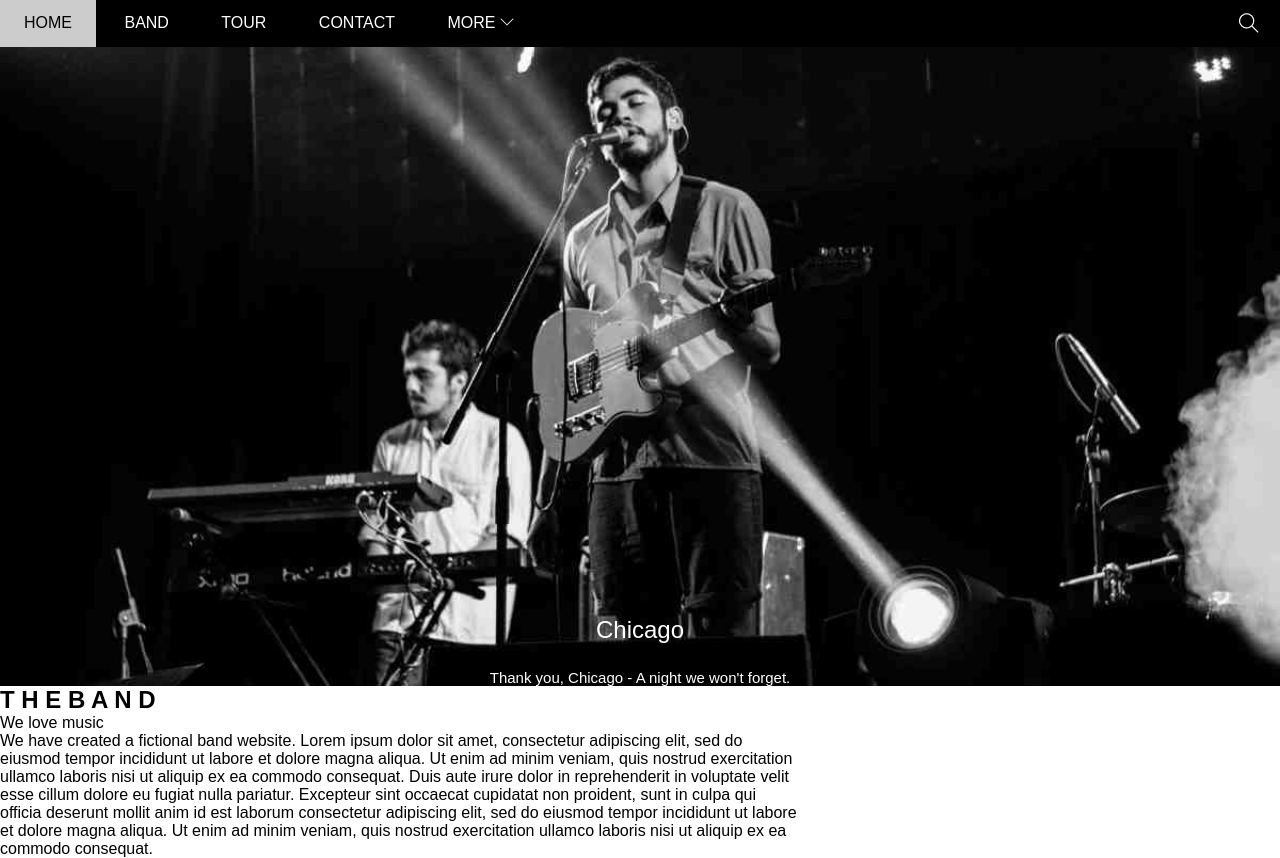
Repository: Thanhtrunghoang123/the-band
Page: index.html
The author's editor kept a copy of each file at every save. The page is drawn from the files as they stood at one save, then again after the next save.
The browser window is 1280 px wide. The pictures show the whole page.

Above is the page before, as saved 2022-07-20 21:58:49.

After the next save:
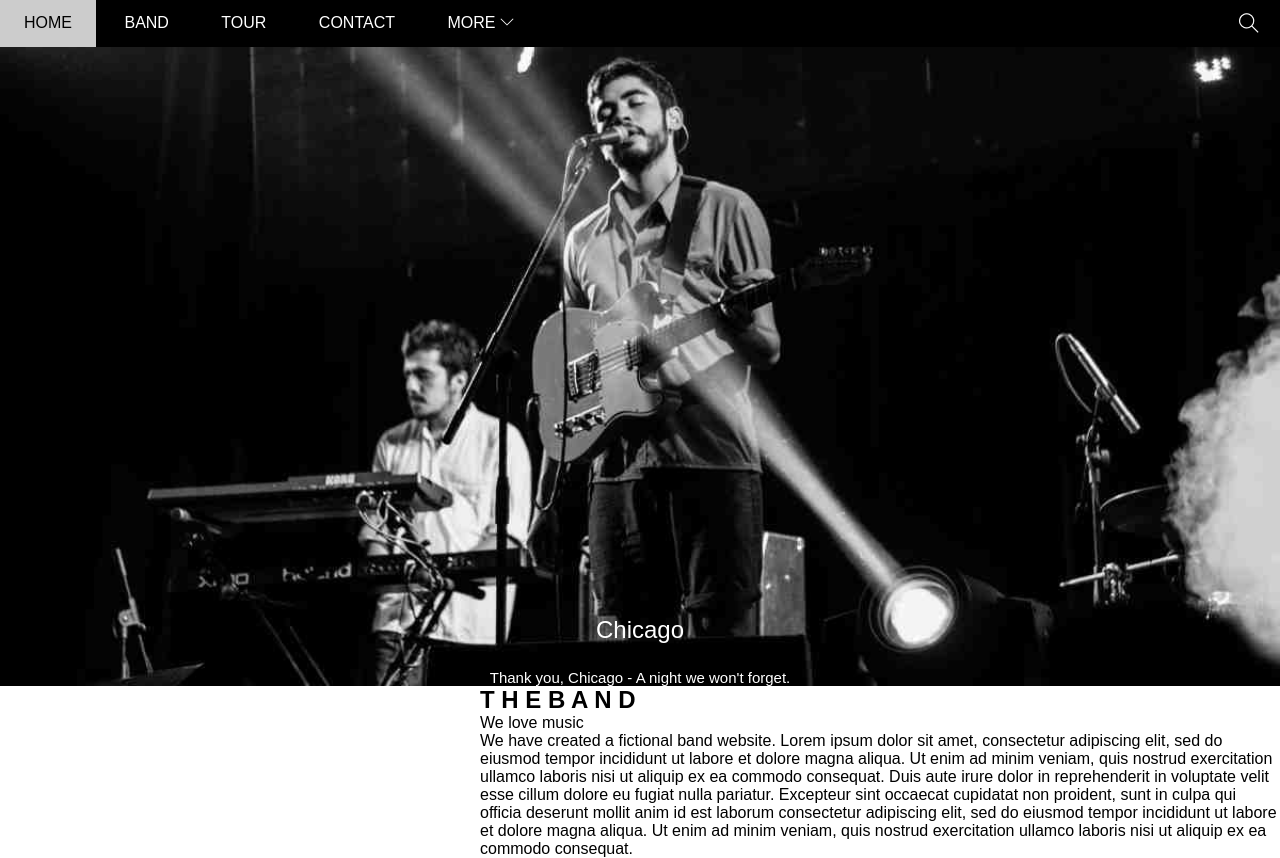
Saved 58 min 6 s later.
--- a/assest/css/style.css
+++ b/assest/css/style.css
@@ -118,6 +118,8 @@ html{
 
 #content .content-section{
     width: 800px;
+    margin-left: auto;
+    margin-top: auto;
 }
 #footer{
 
